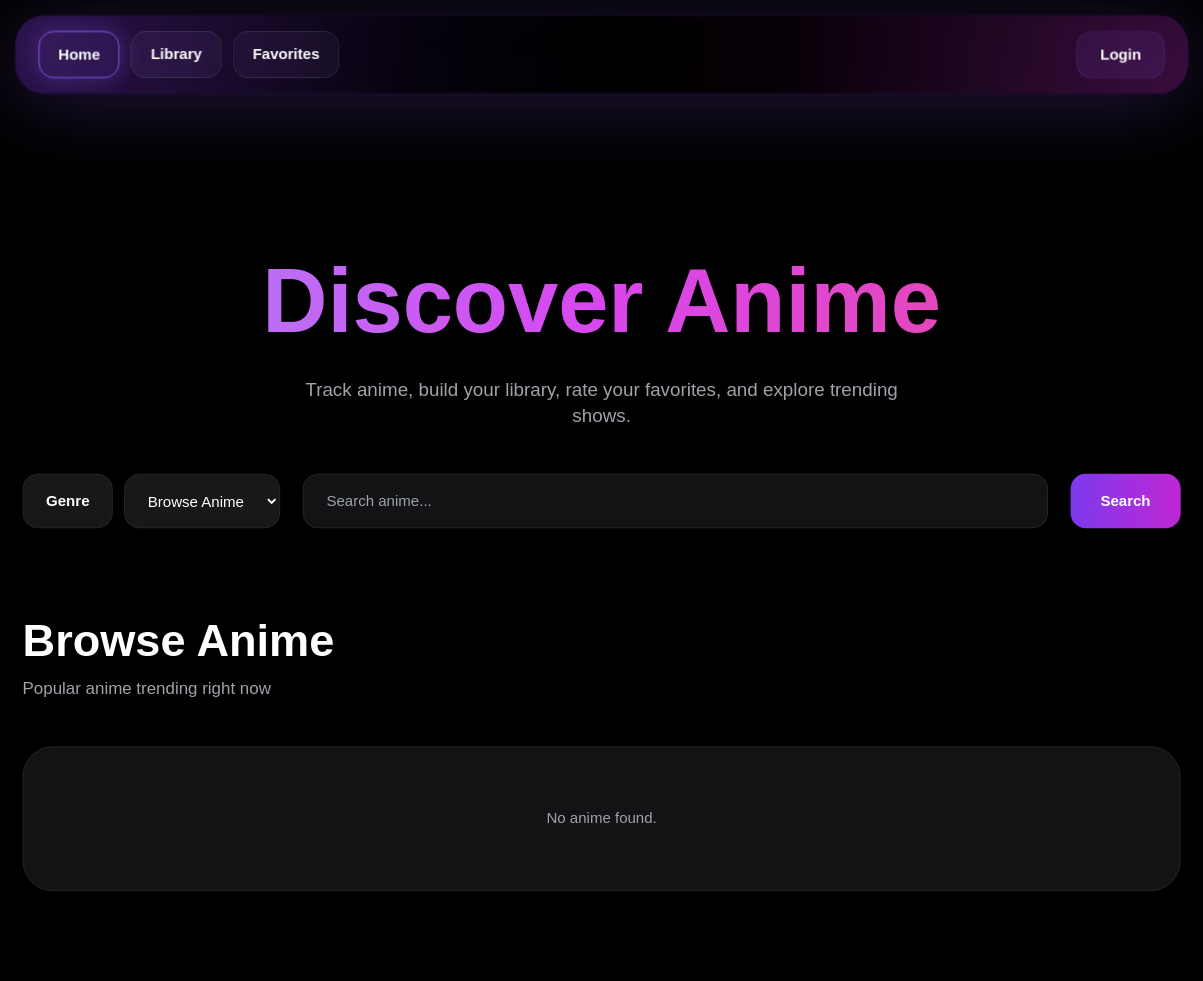
Repository: Maykal-Projects/Otakuflow
Page: /
The author's editor kept a copy of each file at every save. The page is drawn from the files as they stood at one save, then again after the next save.
The browser window is 1280 px wide. The pictures show the whole page, at 94% of full size.
The page's requests for data from a server got no answer. The project was rebuilt for these pictures with package versions that can differ from the ones it lists, and the page was loaded fresh each time. The framework's server and built-in components were replaced by stand-ins that run in the browser. No one was signed in, and anything a server would have sent is missing. Also part of the build but not shown: next.config.ts, components/AnimeCard.tsx.

Above is the page before, as saved 2026-05-30 15:56:12.

### app/layout.tsx
import "./globals.css";

import type { Metadata } from "next";

import { Toaster } from "react-hot-toast";

export const metadata = {

  title: "Otakuflorist",

  applicationName:
    "Otakuflorist",

  description:
    "Track anime, build your library and discover trending shows.",

};

export const viewport = {
  themeColor: "#07010f",
  colorScheme: "dark",
  viewportFit: "cover",
};

export default function RootLayout({
  children,
}: Readonly<{
  children: React.ReactNode;
}>) {
  return (
    <html
  lang="en"
  suppressHydrationWarning
>
      <body className="bg-[#07010f]">
        {children}

        <Toaster
  position="top-center"
  toastOptions={{
    duration: 2500,

    style: {
      background:
        "rgba(15,15,20,0.95)",

      color: "#fff",

      border:
        "1px solid rgba(255,255,255,0.08)",

      borderRadius:
        "22px",

      padding:
        "18px 22px",

      backdropFilter:
        "blur(18px)",

      fontWeight:
        "800",

      boxShadow:
        "0 10px 60px rgba(0,0,0,0.5)",
    },

    success: {
      iconTheme: {
        primary:
          "#a855f7",
        secondary:
          "#fff",
      },
    },
  }}
/>
      </body>
    </html>
  );
}

### app/globals.css
@tailwind base;
@tailwind components;
@tailwind utilities;

html,
body {
  background: #07010f !important;
  color: white;
  font-family: Arial, Helvetica, sans-serif;
  min-height: 100%;
  width: 100%;
  overflow-x: hidden;
  overflow-y: auto;
}

body {
  position: relative;
}

@keyframes spinSlow {
  from {
    transform: rotate(0deg);
  }

  to {
    transform: rotate(360deg);
  }
}

.animate-spin-slow {
  animation: spinSlow 8s linear infinite;
}

### components/Navbar.tsx
"use client";

import Link from "next/link";
import { Menu, X } from "lucide-react";
import {
  usePathname,
} from "next/navigation";

import {
  useEffect,
  useState,
} from "react";

import { supabase } from "@/lib/supabase";

export default function Navbar() {
  const pathname =
    usePathname();

  const [user, setUser] =
    useState<any>(null);

const [mobileMenu, setMobileMenu] =
  useState(false);

  useEffect(() => {
    async function getUser() {
      const {
        data: { user },
      } =
        await supabase.auth.getUser();

      setUser(user);
    }

    getUser();
  }, []);

  async function logout() {
    await supabase.auth.signOut();

    window.location.href =
      "/login";
  }

  function navClass(
    path: string
  ) {
    const active =
      pathname === path;

    return `px-3 sm:px-5 py-2 sm:py-3 rounded-2xl transition font-semibold text-sm sm:text-base ${
      active
        ? "bg-violet-500/10 border border-violet-500 text-white shadow-[0_0_25px_rgba(139,92,246,0.35)]"
        : "bg-white/[0.03] border border-white/10 backdrop-blur-2xl"
    }`;
  }

  return (
  <div className="absolute top-0 left-0 w-full z-50 flex justify-center pt-4 px-4">
    <nav className="w-full max-w-[1700px] overflow-hidden rounded-3xl sm:rounded-[32px] border border-violet-500/20 bg-gradient-to-r from-violet-950/40 via-black/30 to-fuchsia-950/30 backdrop-blur-3xl shadow-[0_10px_80px_rgba(139,92,246,0.25)] relative">

      {/* GLOW */}
      <div className="absolute inset-0 pointer-events-none bg-[radial-gradient(circle_at_top_left,rgba(168,85,247,0.18),transparent_35%),radial-gradient(circle_at_bottom_right,rgba(217,70,239,0.18),transparent_35%)]" />

    <div className="relative px-3 sm:px-6 py-3 sm:py-4">

  {/* DESKTOP */}
  <div className="hidden sm:flex items-center justify-between gap-3">

    {/* LEFT */}
    <div className="flex items-center gap-3">

      <Link
        href="/"
        className={navClass("/")}
      >
        Home
      </Link>

      <Link
        href="/library"
        className={navClass("/library")}
      >
        Library
      </Link>

      <Link
        href="/favorites"
        className={navClass("/favorites")}
      >
        Favorites
      </Link>
    </div>

    {/* RIGHT */}
    <div className="flex items-center gap-3">

      {user && (
        <Link
          href="/profile"
          className={`${navClass(
            "/profile"
          )} flex items-center gap-2`}
        >
          <img
            src={
              user.user_metadata
                ?.avatar_url ||
              "/default-avatar.png"
            }
            alt=""
            className="w-10 h-10 rounded-full object-cover border border-violet-500/20"
          />

          <span>
            Profile
          </span>
        </Link>
      )}

      {user && (
        <button
          onClick={logout}
          className="bg-red-500/10 hover:bg-red-500/20 border border-red-500/20 px-6 py-3 rounded-2xl font-semibold transition"
        >
          Logout
        </button>
      )}

      {!user && (
        <Link
          href="/login"
          className="bg-violet-500/10 hover:bg-violet-500/20 border border-violet-500/20 px-6 py-3 rounded-2xl font-semibold transition"
        >
          Login
        </Link>
      )}

    </div>
  </div>

  {/* MOBILE */}
  <div className="sm:hidden relative z-40">

    {/* TOP BAR */}
    <div className="flex items-center justify-between">

      <h1 className="text-lg font-bold bg-gradient-to-r from-violet-400 to-fuchsia-500 bg-clip-text text-transparent">
        Anime
      </h1>

      <button
  onClick={() =>
    setMobileMenu(
      !mobileMenu
    )
  }
  className="relative z-50 p-2 rounded-xl border border-white/10 bg-white/[0.03] active:scale-95 transition"
>
        {mobileMenu ? (
          <X size={22} />
        ) : (
          <Menu size={22} />
        )}
      </button>
    </div>

    {/* DROPDOWN */}
    {mobileMenu && (
      <div className="mt-4 flex flex-col gap-3 animate-in fade-in slide-in-from-top-2 duration-300">

        <Link
          href="/"
          className={navClass("/")}
        >
          Home
        </Link>

        <Link
          href="/library"
          className={navClass("/library")}
        >
          Library
        </Link>

        <Link
          href="/favorites"
          className={navClass("/favorites")}
        >
          Favorites
        </Link>

        {user && (
          <Link
            href="/profile"
            className={`${navClass(
              "/profile"
            )} flex items-center gap-2`}
          >
            <img
              src={
                user.user_metadata
                  ?.avatar_url ||
                "/default-avatar.png"
              }
              alt=""
              className="w-10 h-10 rounded-full object-cover border border-violet-500/20"
            />

            <span>
              Profile
            </span>
          </Link>
        )}

        {user ? (
          <button
            onClick={logout}
            className="bg-red-500/10 hover:bg-red-500/20 border border-red-500/20 px-4 py-3 rounded-2xl font-semibold transition text-left"
          >
            Logout
          </button>
        ) : (
          <Link
            href="/login"
            className="bg-violet-500/10 hover:bg-violet-500/20 border border-violet-500/20 px-4 py-3 rounded-2xl font-semibold transition"
          >
            Login
          </Link>
        )}
      </div>
    )}
  </div>
</div>

    </nav>
  </div>
);
}

### lib/anilist.ts
export async function searchAnime(
  search: string,
  genre?: string
) {
  try {
    const response = await fetch(
      `https://api.jikan.moe/v4/anime?q=${search}`
    );

    const json =
      await response.json();

    let anime =
      json.data || [];

    if (genre) {
      anime = anime.filter(
        (item: any) =>
          item.genres?.some(
            (g: any) =>
              g.name === genre
          )
      );
    }

    return anime;
  } catch (error) {
    console.error(error);

    return [];
  }
}

export async function getAnimeFeed(
  sortType: string,
  genre?: string
) {
  try {
    let endpoint =
      "https://api.jikan.moe/v4/seasons/now";

    // TOP RATED
    if (
      sortType ===
      "SCORE_DESC"
    ) {
      endpoint =
        "https://api.jikan.moe/v4/top/anime";
    }

    const response = await fetch(
      endpoint
    );

    const json =
      await response.json();

    let anime =
      json.data || [];

    if (genre) {
      anime = anime.filter(
        (item: any) =>
          item.genres?.some(
            (g: any) =>
              g.name === genre
          )
      );
    }

    return anime;
  } catch (error) {
    console.error(error);

    return [];
  }
}

### lib/supabase.ts
import { createClient } from "@supabase/supabase-js";

const supabaseUrl =
  process.env.NEXT_PUBLIC_SUPABASE_URL || "";

const supabaseAnonKey =
  process.env.NEXT_PUBLIC_SUPABASE_ANON_KEY || "";

export const supabase = createClient(
  supabaseUrl,
  supabaseAnonKey
);

Loaded but not shown: tailwind.config.js (11 lines, source omitted); app/page.tsx (1062 lines, source omitted)

After the next save:
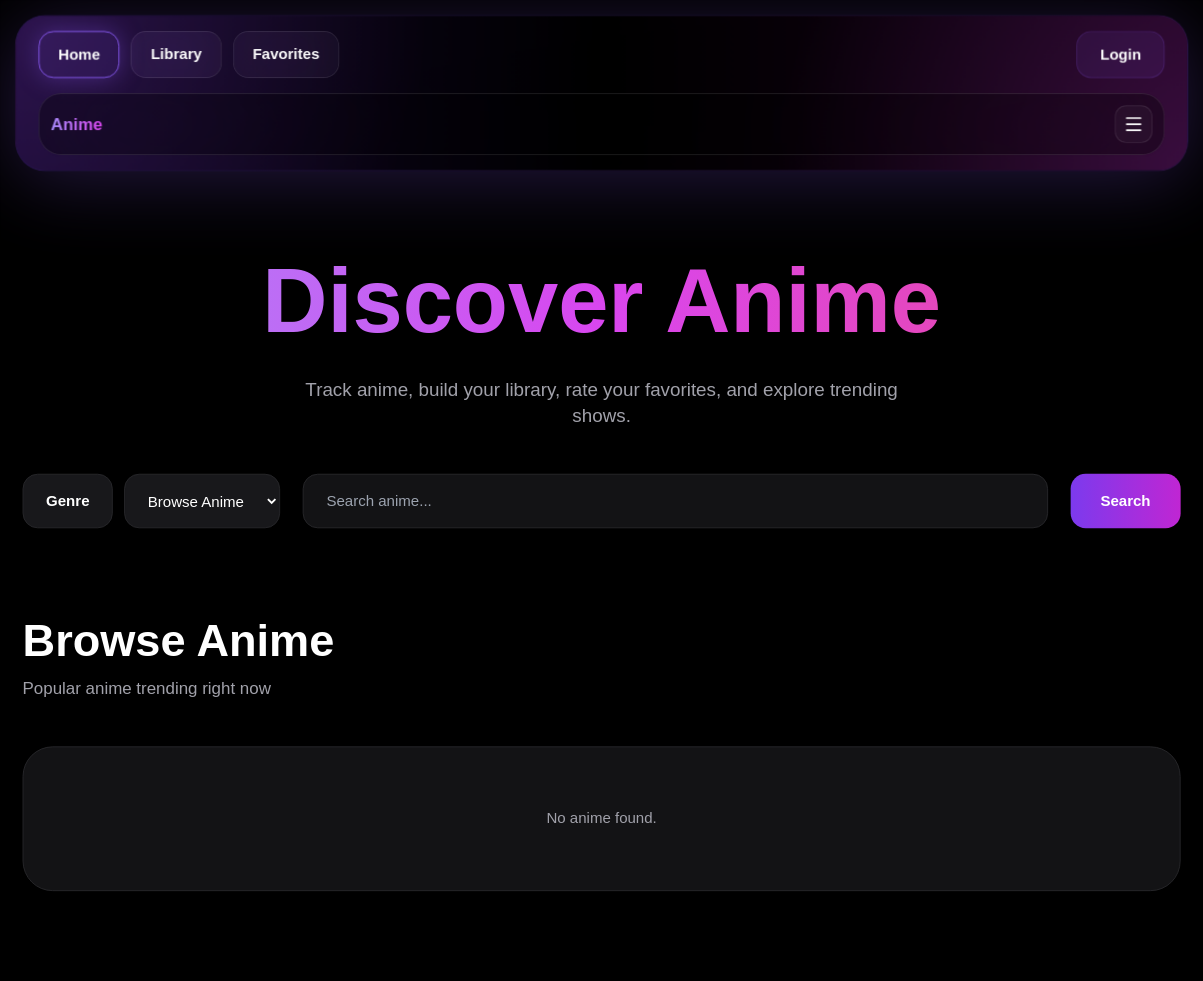
Saved 12 s later.
--- a/components/Navbar.tsx
+++ b/components/Navbar.tsx
@@ -141,7 +141,7 @@
   </div>
 
   {/* MOBILE */}
-  <div className="sm:hidden relative z-40">
+  <div className="mt-4 flex flex-col gap-3 rounded-3xl border border-white/10 bg-black/40 backdrop-blur-3xl p-3 animate-in fade-in slide-in-from-top-2 duration-300">
 
     {/* TOP BAR */}
     <div className="flex items-center justify-between">

After the save that followed:
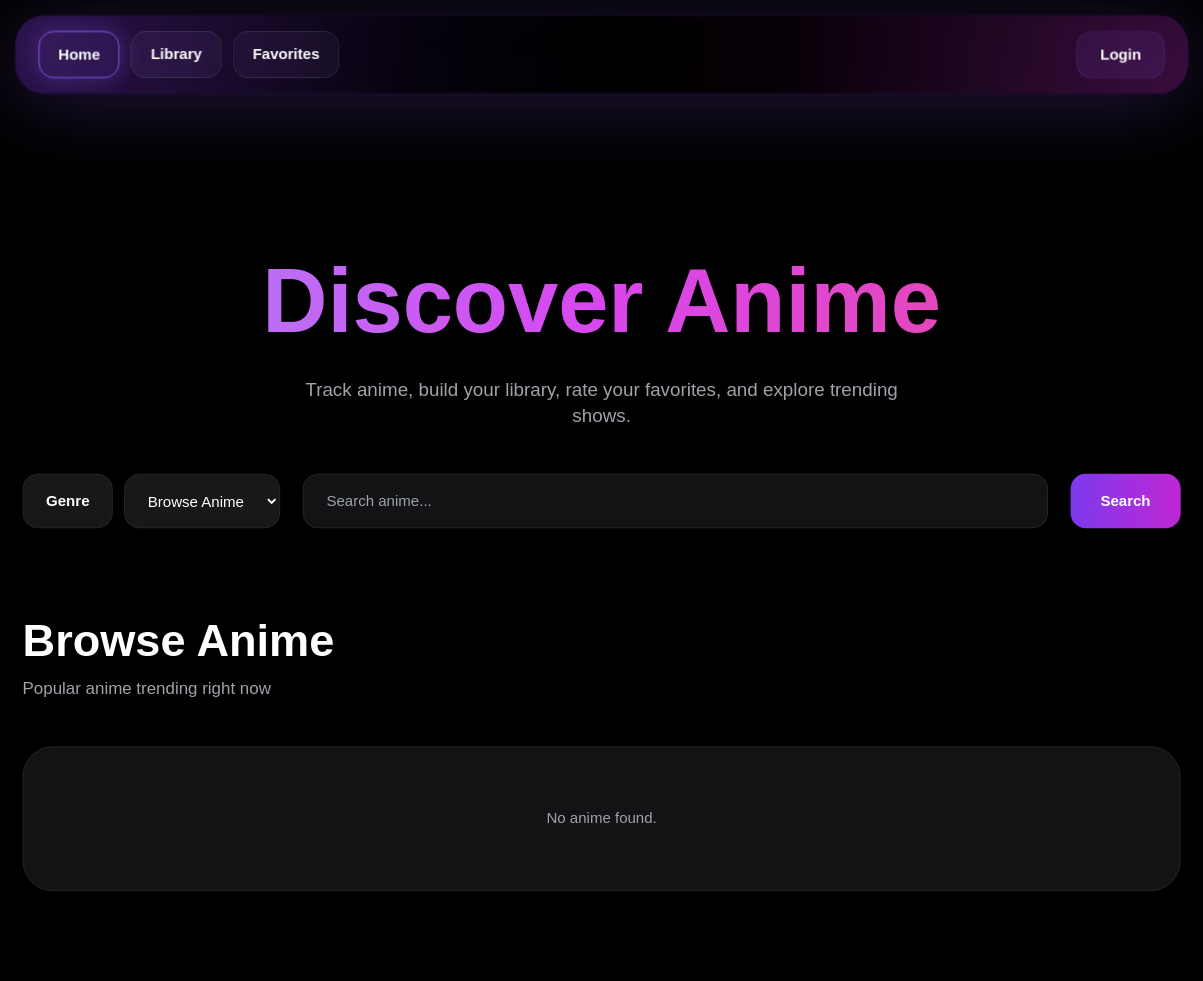
Saved 25 s later.
--- a/components/Navbar.tsx
+++ b/components/Navbar.tsx
@@ -141,7 +141,7 @@
   </div>
 
   {/* MOBILE */}
-  <div className="mt-4 flex flex-col gap-3 rounded-3xl border border-white/10 bg-black/40 backdrop-blur-3xl p-3 animate-in fade-in slide-in-from-top-2 duration-300">
+  <div className="sm:hidden relative z-40">
 
     {/* TOP BAR */}
     <div className="flex items-center justify-between">
